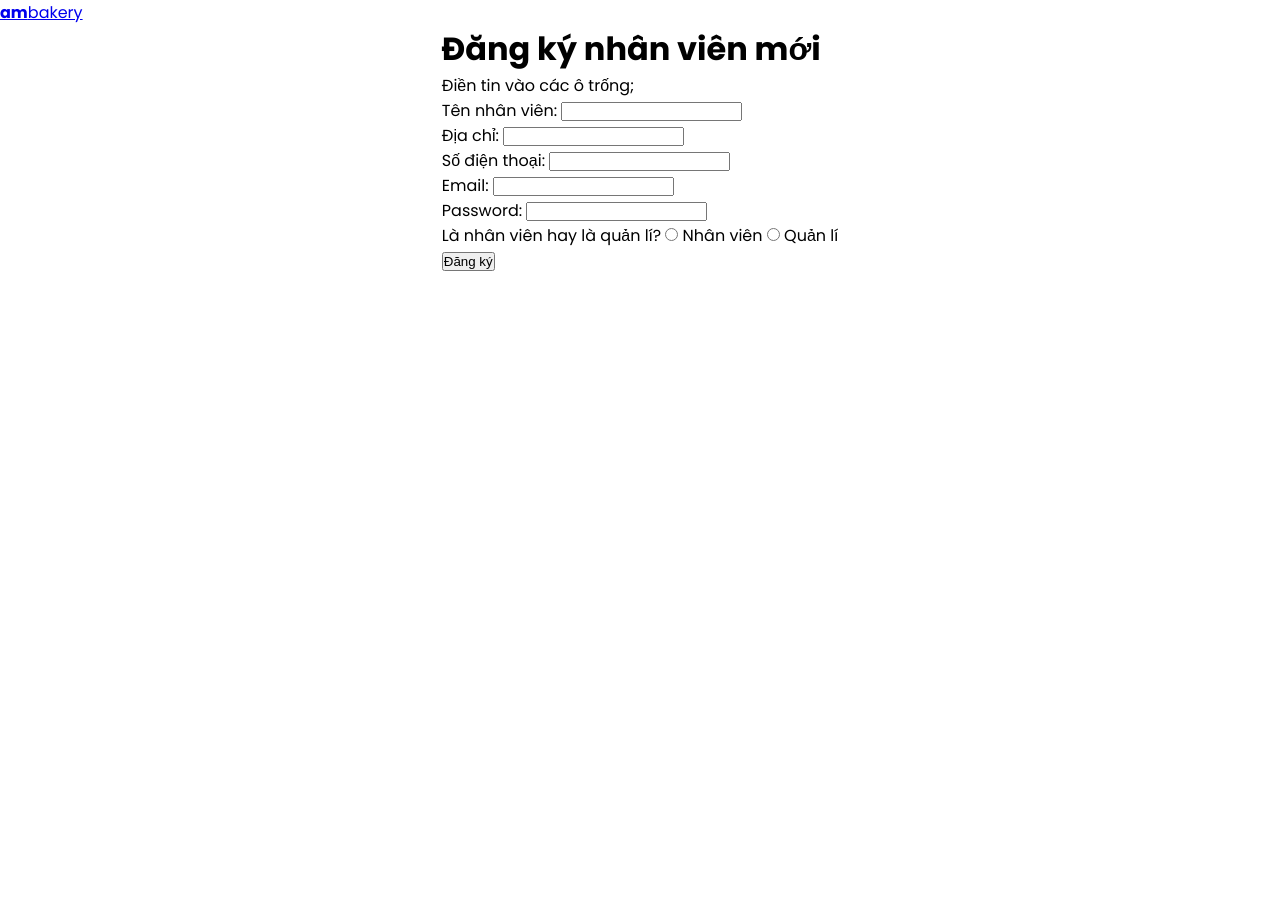
Repository: ntsanq/AmBakery
Page: http://localhost/j2school_Project/admin/dashboard_quanly/form_them_nhanvien.php
These files come from the project's save history. The page is drawn as it stood at one moment and after the next save; the edit follows.
The browser window is 1280 px wide. The pictures show the whole page.
The page is run by PHP 8.4 with error messages shown; the project is at /var/www/html/.

Above is the page before, as saved 2021-12-21 22:48:07.

### admin/dashboard_quanly/form_them_nhanvien.php
<!DOCTYPE html>
<html>
<head>
	<meta charset="utf-8">
	<meta name="viewport" content="width=device-width, initial-scale=1">
	<title>Đăng ký cho nhân viên</title>
	<link rel="stylesheet" href="css/form.css">
	<link href="https://fonts.googleapis.com/css2?family=Poppins:wght@300;400;500;600;700&family=Roboto:wght@500&display=swap0" rel="stylesheet">
</head>
<body>
<header>
        <div id="header">
            <a href="#" class="header__logo" >
                <span><b>am</b>bakery</span>
            </a>
        </div>
    </header>
	<div class="container">
		<form action="them_nhanvien_process.php" method="POST">
			<div >
				<h1>Đăng ký nhân viên mới</h1>
				<p>Điền	 tin vào các ô trống;</p>

				<!-- <label for="ma">Mã nhân viên: </label>
				<input type="text" name="ma">
				<br> -->
				<label for="ten">Tên nhân viên: </label>
				<input type="text" name="ten">
				<br>
				<label for="dia_chi">Địa chỉ: </label>
				<input type="text" name="dia_chi">
				<br>
				<label for="sdt">Số điện thoại: </label>
				<input type="text" name="sdt">
				<br>
				<label for="email">Email: </label>
				<input type="text" name="email">
				<br>
				<label for="mat_khau">Password: </label>
				<input type="password" name="mat_khau">
				<br>
				<label for="cap_do">Là nhân viên hay là quản lí?  </label>
				<input type="radio" name="cap_do" value="0">
				<label for="nhan_vien">Nhân viên </label>
				<input type="radio" name="cap_do" value="1">
				<label for="quan_li">Quản lí </label>
				<br>
				 <input type="submit" id="them_nhanvien_btn" value="Đăng ký">
			</div>
		</form>
	</div>
</body>
</html>

### admin/dashboard_quanly/css/form.css
*{
	margin: 0;
	padding: 0;
}

html{
	box-sizing: border-box;
	font-size: 62.5%; /*10px*/
}

body{
	font-family: "Poppins", sans-serif;
	font-size: 1.6rem;
	height:90rem;
	font-weight: 400;


}

.container{
  width: 1200px;
  margin: 0 auto;
  display: flex;
  justify-content: center;
  align-items: center;
}
.container form{
  margin: 0 auto;
}

After the next save:
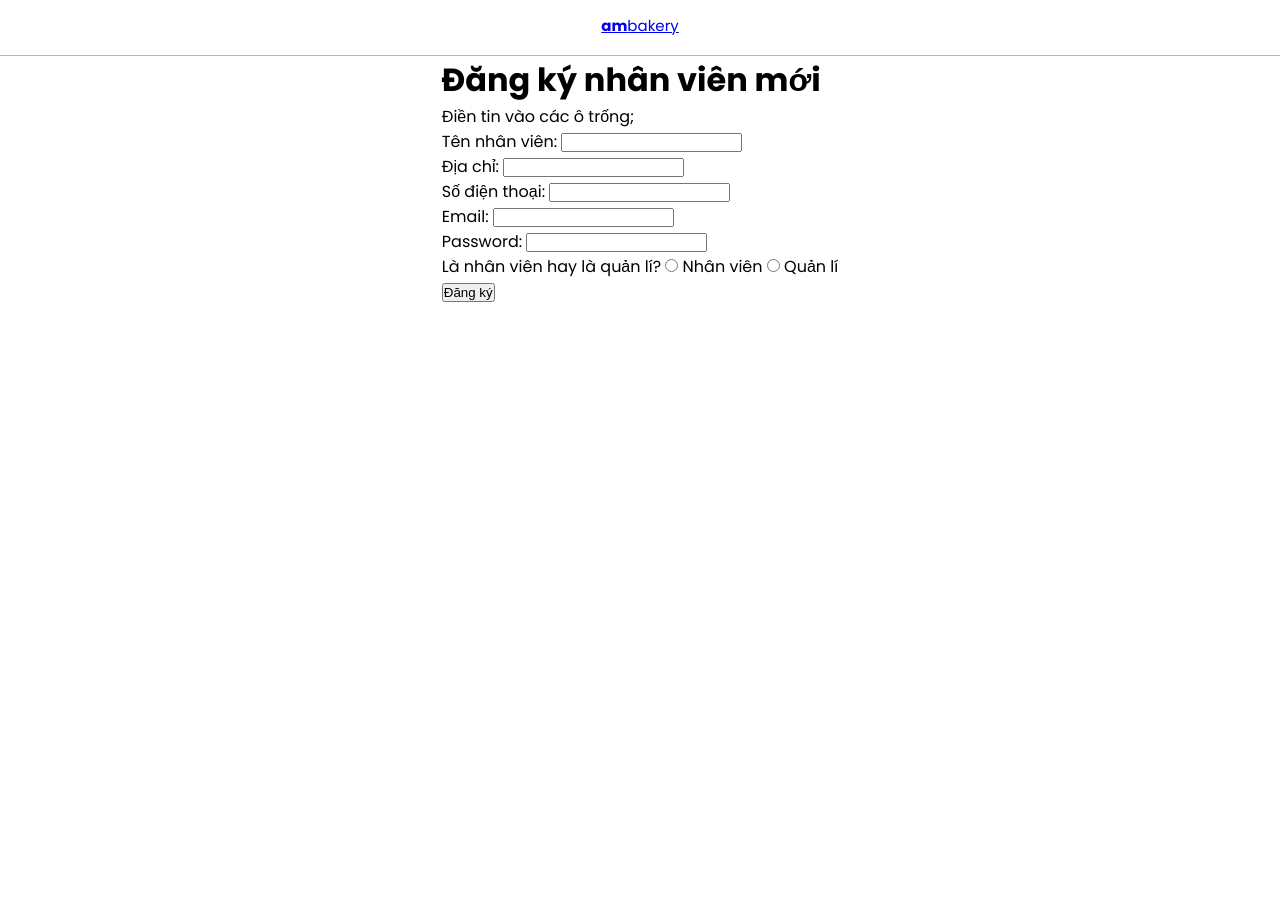
Saved 50 s later.
--- a/admin/dashboard_quanly/css/form.css
+++ b/admin/dashboard_quanly/css/form.css
@@ -16,7 +16,19 @@ body{
 
 
 }
-
+header{
+	width: 100%;
+	height: 50px;
+	font-family: inherit;
+	display: flex;
+	justify-content: center;
+	align-items: center;
+	font-size: 1.5rem;
+	padding-bottom: 0.5rem;
+	border-bottom: 1px solid rgb(187, 179, 179);
+	position: relative;
+	background-color: white;
+}
 .container{
   width: 1200px;
   margin: 0 auto;
